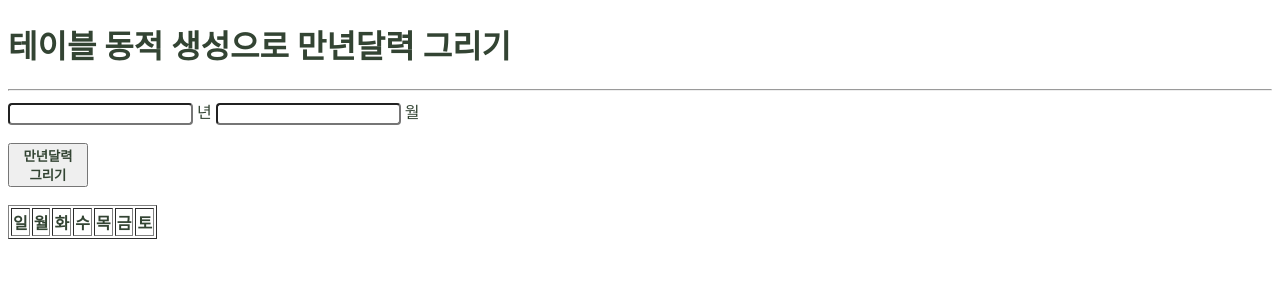
Repository: lolsoyeon/WebStudy
Page: WebApp03/WebContent/Test024_2.html
The author's editor kept a copy of each file at every save. The page is drawn from the files as they stood at one save, then again after the next save.
The browser window is 1280 px wide. The pictures show the whole page.

Above is the page before, as saved 2022-10-04 07:30:04.

### WebApp03/WebContent/Test024_2.html
<!DOCTYPE html>
<html>
<head>
<meta charset="UTF-8">
<title>Test024_2.html</title>

<style type="text/css">
* {color: #334433; }
   input{font-family: 나눔고딕코딩; font-weight: bold;}
   input:focus {background-color: #eeeedd;}
   .btn {width: 80px; font-weight: bold; font-family: 맑은 고딕}
   .btn:hover {color: orange;}
   td {text-align: center; background: pink;}
   .txt {text-align: center; border-radius: 4px;}
   .txtScore {text-align: right; border-radius: 4px;}
   .txtResult {color: red;}
   textarea {font-family: 나눔고딕코딩; font-weight: bold;}

</style>

<script type="text/javascript">



	function actionCalendar()
	{
	   //alert("함수 호출 확인");

	   // 입력한 년, 월 가져오는 부분
	   var year = Number(document.getElementById("txtYear").value);
	   var month = Number(document.getElementById("txtMonth").value);

	   //alert(year + "-" + month);
	   //alert(year + month);

	   /*
	   if(year < 0)
	   {
	      alert("입력 년도 이상~!!!");
	      return;
	   }

	   if(month < 0 || month > 12)
	   {
	      alert("입력 월 이상~!!!");
	      return;
	   }
	   */

	   if (year<1 || month<1 || month>12)
	   {
	      alert("입력한 년 또는 월이 유효하지 않음~!!!");
	      return;
	   }

	   // 1단계. 1년 1월 1일 부터...
	   //        입력한 년도의 전년도 12월 31일 까지의 총 날짜 수 구함.

	   // Math.floor() → 소수부 절삭   → parseInt()
	   // Math.ceil()  → 소수부 올림
	   // Math.round() → 소수부 반올림

	   var total = 0;
	   total = parseInt((year-1)*365) + parseInt((year-1)/4) - parseInt((year-1)/100) + parseInt((year-1)/400);

	   // 확인
	   //alert("1년 1월 1일 ~ " + (year-1) + "년 12월 31일 : " + total);
	   //--==>> 1년 1월 1일 ~ 2018년 12월 31일 : 737059

	   // 2단계. 해당년 1월 1일 부터...
	   //        해당년 해당월 1일 까지의 총 날짜 수 구함.
	   var m = [31, 28, 31, 30, 31, 30, 31, 31, 30, 31, 30, 31];

	   //alert(m.length);

	   for (var i=0; i<month-1; i++)
	   {
	      total += m[i];
	   }
	   total++;

	   if(month>=3 && (year%4==0 && year%100!=0 || year%400==0))
	   {
	      total++;
	   }

	   // 3단계. 해당년 해당월의 첫 날(1일)의 요일 구함.
	   var days = total % 7;

	   // 확인
	   //alert(days);   //-- 2 (2019년 10월 기준) → 화

	   // 4단계. 해당년 해당월의 마지막 날짜 구함
	   var lastDay = m[month-1];

	   if (month==2 && (year%4==0 && year%100!=0 || year%400==0))
	   {
	      lastDay = 29;
	   }

	   // 확인
	   //alert(lastDay);



      // 5단계. 해당년 해당월 기준 달력 구성
      // ① --------------------------------------------------------

      var tableNode = document.getElementById("calendarTbl");

      var trNode = document.createElement("tr");   // <tr></tr>

      // 해당 월의 1일이 시작되기 전의 빈 칸 td 채우는 부분
      for (var i=0; i<days; i++)
      {
         trNode.appendChild(createTdNode(""));
      }

      // 1일 부터... 해당 월의 마지막 날짜까지 td 채우는 부분
      var d=1;
      for (d=1; d<=lastDay; d++)
      {
         trNode.appendChild(createTdNode(d));
      }

      tableNode.appendChild(trNode);


      function createTdNode(val)
      {
         var textNode = document.createTextNode(val);
         var tdNode = document.createElement("td");      // <td></td>
         tdNode.appendChild(textNode);

         return tdNode;
      }

	}



</script>



</head>
<body>

	<!--
 	만년달력 페이지를 구성한다.
 	테이블의 동적 생성 구문을 활용한다.

 	1단계. 1년 1월 1일부터 전년도 12월 31일 까지의 총 날짜수 구함
 	2단계. 해당년 1월 1일부터 해달년 해당월 1일 까지의 총 날짜수 구함
 	3단계. 해당년 해당월의 첫날의 요일을 구함
 	4단계. 해당년 해당월의 마지막 날짜를 구함
 	5단계. 해당년 해당월 기준 달력 구성
 -->



	<div>
		<h1>테이블 동적 생성으로 만년달력 그리기</h1>
		<hr>
	</div>

	<div>
		<form>
			<input type="text" id="txtYear" class="txt"> 년 <input
				type="text" id="txtMonth" class="txt"> 월 <br> <br>

			<button type="button" class="btn" onclick="actionCalendar1()">만년달력
				그리기</button>
			<br> <br>

			<table border="1" id="calenderTbl">
				<tr>
					<th>일</th>
					<th>월</th>
					<th>화</th>
					<th>수</th>
					<th>목</th>
					<th>금</th>
					<th>토</th>
				</tr>
			</table>
		</form>
	</div>

</body>
</html>

After the next save:
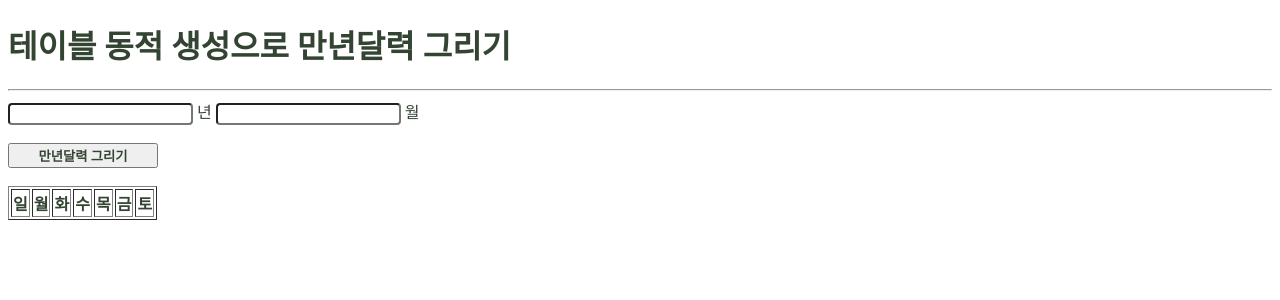
Saved 25 s later.
--- a/WebApp03/WebContent/Test024_2.html
+++ b/WebApp03/WebContent/Test024_2.html
@@ -8,7 +8,7 @@
 * {color: #334433; }
    input{font-family: 나눔고딕코딩; font-weight: bold;}
    input:focus {background-color: #eeeedd;}
-   .btn {width: 80px; font-weight: bold; font-family: 맑은 고딕}
+   .btn {width: 150px; font-weight: bold; font-family: 맑은 고딕}
    .btn:hover {color: orange;}
    td {text-align: center; background: pink;}
    .txt {text-align: center; border-radius: 4px;}
